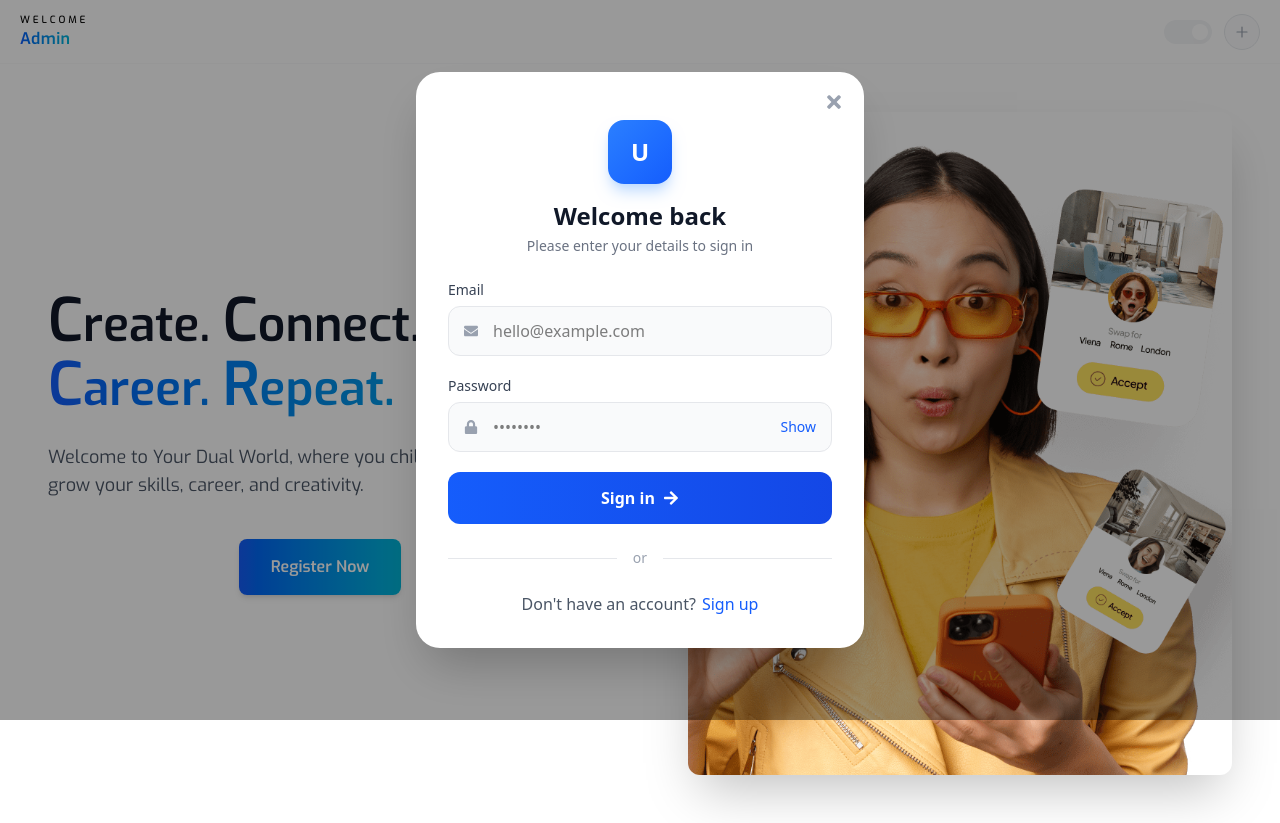
Repository: deepak445566/job
Page: / (app in frontend/), after clicking the first element matching `button.group`
These files come from the project's save history. The page is drawn as it stood at one moment and after a run of saves; the edit follows.
The browser window is 1280 px wide. The pictures show the whole page.
The page's requests for data from a server got no answer. Some web fonts or font styles are not loaded; a fallback is used. The project was rebuilt for these pictures with package versions that can differ from the ones it lists, and the page was loaded fresh each time. Some packages were replaced by stand-ins written for this rebuild. No one was signed in, and anything a server would have sent is missing. Also part of the build but not shown: frontend/vite.config.js, frontend/src/Components/study/StudyDashboard.jsx, frontend/src/Components/chill/ChillDashboard.jsx.

Above is the page before, as saved 2026-02-26 14:32:41.

### frontend/index.html
<!doctype html>
<html lang="en">
  <head>
    <meta charset="UTF-8" />
    <link rel="icon" type="image/svg+xml" href="/vite.svg" />
    <meta name="viewport" content="width=device-width, initial-scale=1.0" />
    <title>frontend</title>
    <link rel="preconnect" href="https://fonts.googleapis.com">
<link rel="preconnect" href="https://fonts.gstatic.com" crossorigin>
<link href="https://fonts.googleapis.com/css2?family=Exo:ital,wght@0,100..900;1,100..900&family=Playfair+Display:ital,wght@0,400..900;1,400..900&display=swap" rel="stylesheet">
  </head>
  <body>
    <div id="root"></div>
    <script type="module" src="/src/main.jsx"></script>
  </body>
</html>

### frontend/src/main.jsx
import { StrictMode } from 'react'
import { createRoot } from 'react-dom/client'
import './index.css'
import App from './App.jsx'
import {BrowserRouter} from 'react-router-dom'
import { AppContextProvider } from './context/AppContextProvider.jsx'




createRoot(document.getElementById('root')).render(
  <BrowserRouter>
  <AppContextProvider>
  <StrictMode>
    <App />
  </StrictMode>
  </AppContextProvider>
  </BrowserRouter>
)

### frontend/src/index.css
@import "tailwindcss";
.exo{
  font-family: "Exo", sans-serif;

  font-style: normal;
}

### frontend/src/App.jsx
import React from "react";
import Login from "./Components/auth/Login";
import { Route, Routes } from "react-router-dom";
import Dashboard from "./Components/Dashboard";
import { useAppContext } from "./context/AppContextProvider";
import Navbar from "./Components/common/Navbar";

function App() {
  const { showLogin } = useAppContext(); // user bhi lein context se

  return (
    <div>
      {/* Navbar hamesha dikhega */}
      <Navbar />

      {/* Login modal - tabhi dikhega jab showLogin true ho */}
      {showLogin && <Login />}

      <Routes>
        <Route path="/" element={<Dashboard />} />
      </Routes>
    </div>
  );
}

export default App;

### frontend/src/context/AppContextProvider.jsx
import { useContext, useEffect, useState } from "react";
import { useNavigate } from "react-router-dom";
import axios from "axios";
import { AppContext } from "./AppContext";
import toast from 'react-hot-toast';

axios.defaults.withCredentials = true;
axios.defaults.baseURL = import.meta.env.VITE_BACKEND_URL;
console.log("Base URL:", import.meta.env.VITE_BACKEND_URL);

export const AppContextProvider = ({ children }) => {
  const navigate = useNavigate();
  const [user, setUser] = useState(null);
  const [mode, setMode] = useState('chill'); // Default 'chill' ya 'study'
  const [showLogin, setShowLogin] = useState(false);
  const [loading, setLoading] = useState(true);

  const fetchUser = async () => {
    try {
      const { data } = await axios.get("/api/auth/isauth");
      if (data.success) {
        setUser(data.user);
        // User login hai toh uski mode fetch karo
        fetchUserMode();
      }
    } catch (error) {
      setUser(null);
    } finally {
      setLoading(false);
    }
  };

  // User ka mode fetch karne ka function
  const fetchUserMode = async () => {
    try {
      const { data } = await axios.get("/api/mode/");
      if (data.success) {
        setMode(data.mode);
      }
    } catch (error) {
      console.log("Error fetching mode:", error);
    }
  };

  // Mode toggle karne ka function
  const toggleMode = async () => {
    if (!user) {
      toast.error("Please login first");
      setShowLogin(true);
      return;
    }

    try {
      const { data } = await axios.put("/api/mode/switch");
      if (data.success) {
        setMode(data.mode);
        toast.success(data.message);
      }
    } catch (error) {
      toast.error(error.response?.data?.message || "Error switching mode");
    }
  };

  useEffect(() => {
    fetchUser();
  }, []);

  return (
    <AppContext.Provider
      value={{
        navigate,
        user,
        setUser,
        axios,
        setShowLogin,
        showLogin,
        mode,
        setMode,
        toggleMode,
        loading
      }}
    >
      {children}
    </AppContext.Provider>
  );
};

export const useAppContext = () => useContext(AppContext);

### frontend/src/Components/auth/Login.jsx
import React from "react";
import toast from "react-hot-toast";
import { useAppContext } from "../../context/AppContextProvider";
import {
  FaEnvelope,
  FaLock,
  FaTimes,
  FaArrowRight,
  FaUser,
} from "react-icons/fa";

function Login() {
  const { setShowLogin, setUser, axios, navigate } = useAppContext();
  const [state, setState] = React.useState("login");
  const [username, setUsername] = React.useState("");
  const [email, setEmail] = React.useState("");
  const [password, setPassword] = React.useState("");
  const [showPassword, setShowPassword] = React.useState(false);
  const [isLoading, setIsLoading] = React.useState(false);

  const onSubmitHandle = async (e) => {
    e.preventDefault();
    setIsLoading(true);

    try {
      let payload = {};

      if (state === "register") {
        payload = { username, email, password };
      } else {
        payload = { email, password };
      }

      const { data } = await axios.post(`/api/auth/${state}`, payload);

      if (data.success) {
        toast.success(
          state === "login"
            ? "Welcome back! 👋"
            : "Account created successfully! 🎉",
        );
        navigate("/");
        setUser(data.user);
        setShowLogin(false);
      } else {
        toast.error(data.message);
      }
    } catch (error) {
      toast.error(error.response?.data?.message || error.message);
    } finally {
      setIsLoading(false);
    }
  };

  return (
    <div
      onClick={() => setShowLogin(false)}
      className="fixed inset-0 z-50 flex items-center justify-center bg-black/40 p-4"
    >
      <div
        onClick={(e) => e.stopPropagation()}
        className="relative w-full max-w-md bg-white rounded-3xl shadow-2xl overflow-hidden animate-slideUp"
      >
        {/* Simple Close Button */}
        <button
          onClick={() => setShowLogin(false)}
          className="absolute top-5 right-5 text-gray-400 hover:text-gray-600 transition-colors z-10"
        >
          <FaTimes size={20} />
        </button>

        {/* Simple Header */}
        <div className="pt-12 pb-6 px-8 text-center">
          <div className="w-16 h-16 bg-gradient-to-br from-blue-500 to-blue-600 rounded-2xl mx-auto mb-4 flex items-center justify-center shadow-lg shadow-blue-200">
            <span className="text-2xl font-bold text-white">U</span>
          </div>
          <h2 className="text-2xl font-semibold text-gray-900">
            {state === "login" ? "Welcome back" : "Create account"}
          </h2>
          <p className="text-gray-500 text-sm mt-1">
            {state === "login"
              ? "Please enter your details to sign in"
              : "Please fill in the details to get started"}
          </p>
        </div>

        {/* Form Section */}
        <div className="px-8 pb-8">
          <form onSubmit={onSubmitHandle} className="space-y-5">
            {state === "register" && (
              <div>
                <label className="block text-sm font-medium text-gray-700 mb-1.5">
                  Full Name
                </label>
                <div className="relative">
                  <FaUser className="absolute left-4 top-1/2 -translate-y-1/2 text-gray-400 text-sm" />
                  <input
                    type="text"
                    value={username}
                    onChange={(e) => setUsername(e.target.value)}
                    placeholder="John Doe"
                    className="w-full pl-11 pr-4 py-3 bg-gray-50 border border-gray-200 rounded-xl focus:bg-white focus:border-blue-500 focus:ring-1 focus:ring-blue-500 outline-none transition-all"
                    required
                  />
                </div>
              </div>
            )}

            <div>
              <label className="block text-sm font-medium text-gray-700 mb-1.5">
                Email
              </label>
              <div className="relative">
                <FaEnvelope className="absolute left-4 top-1/2 -translate-y-1/2 text-gray-400 text-sm" />
                <input
                  type="email"
                  value={email}
                  onChange={(e) => setEmail(e.target.value)}
                  placeholder="hello@example.com"
                  className="w-full pl-11 pr-4 py-3 bg-gray-50 border border-gray-200 rounded-xl focus:bg-white focus:border-blue-500 focus:ring-1 focus:ring-blue-500 outline-none transition-all"
                  required
                />
              </div>
            </div>

            <div>
              <label className="block text-sm font-medium text-gray-700 mb-1.5">
                Password
              </label>
              <div className="relative">
                <FaLock className="absolute left-4 top-1/2 -translate-y-1/2 text-gray-400 text-sm" />
                <input
                  type={showPassword ? "text" : "password"}
                  value={password}
                  onChange={(e) => setPassword(e.target.value)}
                  placeholder="••••••••"
                  className="w-full pl-11 pr-24 py-3 bg-gray-50 border border-gray-200 rounded-xl focus:bg-white focus:border-blue-500 focus:ring-1 focus:ring-blue-500 outline-none transition-all"
                  required
                />
                <button
                  type="button"
                  onClick={() => setShowPassword(!showPassword)}
                  className="absolute right-4 top-1/2 -translate-y-1/2 text-sm font-medium text-blue-600 hover:text-blue-700"
                >
                  {showPassword ? "Hide" : "Show"}
                </button>
              </div>
            </div>



            <button
              type="submit"
              disabled={isLoading}
              className="w-full py-3.5 px-4 bg-gradient-to-r from-blue-600 to-blue-700 hover:from-blue-700 hover:to-blue-800 text-white font-semibold rounded-xl transition-all transform hover:scale-[1.02] focus:ring-2 focus:ring-blue-500 focus:ring-offset-2 disabled:opacity-70 disabled:cursor-not-allowed flex items-center justify-center gap-2 group"
            >
              {isLoading ? (
                <div className="w-5 h-5 border-2 border-white border-t-transparent rounded-full animate-spin" />
              ) : (
                <>
                  <span>{state === "login" ? "Sign in" : "Create account"}</span>
                  <FaArrowRight className="group-hover:translate-x-1 transition-transform" />
                </>
              )}
            </button>

            {/* Divider */}
            <div className="relative my-6">
              <div className="absolute inset-0 flex items-center">
                <div className="w-full border-t border-gray-200"></div>
              </div>
              <div className="relative flex justify-center text-sm">
                <span className="px-4 bg-white text-gray-400">or</span>
              </div>
            </div>

            {/* Toggle between login/register */}
            <div className="text-center">
              <p className="text-gray-600">
                {state === "login" ? "Don't have an account?" : "Already have an account?"}
                <button
                  onClick={() => setState(state === "login" ? "register" : "login")}
                  className="ml-1.5 text-blue-600 hover:text-blue-700 font-medium"
                >
                  {state === "login" ? "Sign up" : "Sign in"}
                </button>
              </p>
            </div>
          </form>
        </div>
      </div>

      <style jsx>{`
        @keyframes slideUp {
          from {
            opacity: 0;
            transform: translateY(20px);
          }
          to {
            opacity: 1;
            transform: translateY(0);
          }
        }
        .animate-slideUp {
          animation: slideUp 0.4s ease-out;
        }
      `}</style>
    </div>
  );
}

export default Login;

### frontend/src/Components/Dashboard.jsx
// components/Dashboard.jsx
import React from 'react';
import { useAppContext } from '../context/AppContextProvider';
import StudyDashboard from './study/StudyDashboard';
import ChillDashboard from './chill/ChillDashboard';

function Dashboard() {
  const { mode, user, setShowLogin, loading } = useAppContext();

  // Loading state
  if (loading) {
    return (
      <div className="min-h-screen flex items-center justify-center">
        <div className="text-center">
          <div className="w-16 h-16 border-4 border-blue-500 border-t-transparent rounded-full animate-spin mx-auto mb-4"></div>
          <p className="text-gray-600">Loading dashboard...</p>
        </div>
      </div>
    );
  }

  // Agar user login nahi hai
  if (!user) {
    return (
     <div className="min-h-screen  flex items-center justify-center  exo">

      <div className=" w-full   rounded-2xl overflow-hidden flex flex-col md:flex-row">

        {/* Left side: Text and button */}
        <div className="w-full md:w-1/2 p-5 sm:p-10 lg:p-12 flex flex-col justify-center space-y-6">
          {/* Heading */}
          <h1 className="text-4xl sm:text-5xl font-semibold text-gray-900 leading-tight">
           <span className='text-6xl'>C</span>reate.  <span className='text-6xl'>C</span>onnect.
            <span className="text-transparent bg-clip-text bg-gradient-to-r from-blue-600 to-cyan-500 block ">
             <span className='text-6xl'>C</span>areer.  <span className='text-6xl exo'>R</span>epeat.
            </span>
          </h1>

          {/* Paragraph */}
          <p className="text-lg text-gray-600 ">
           Welcome to Your Dual World, where you chill, learn, connect, and grow your skills, career, and creativity.
          </p>

          {/* Register Now Button */}
          <div className="pt-4 flex justify-center">
            <button onClick={()=>setShowLogin(true)} className="px-8 py-4 bg-gradient-to-r from-blue-600 to-cyan-500 text-white font-semibold rounded-lg shadow-md hover:shadow-lg transform hover:scale-105 transition-all duration-300 ease-in-out focus:outline-none focus:ring-2 focus:ring-blue-400 focus:ring-offset-2">
              Register Now
            </button>
          </div>


        </div>

        {/* Right side: Image */}
        <div className="w-full md:w-1/2  flex items-center justify-center p-3 sm:p-10 lg:p-12">

          <img
            src="/images/m.png"
            alt="Hero visual representing our platform"
            className="w-full h-auto rounded-xl shadow-2xl object-cover transform hover:scale-105 transition-transform duration-500"
          />
        </div>
      </div>
    </div>
    );
  }

  // Mode ke hisaab se dashboard render karo
  return (
    <div className="transition-all duration-500">
      {mode === 'study' ? <StudyDashboard /> : <ChillDashboard />}
    </div>
  );
}

export default Dashboard;

### frontend/src/Components/common/Navbar.jsx
import React, { useState } from "react";
import { useAppContext } from "../../context/AppContextProvider";
import toast from "react-hot-toast";

function Navbar() {
  const { user, setUser, axios, setShowLogin, navigate, mode, toggleMode } =
    useAppContext();
  const [loggingOut, setLoggingOut] = useState(false);
  const [togglingMode, setTogglingMode] = useState(false);
  const [showProfileMenu, setShowProfileMenu] = useState(false);

  const handleLogout = async () => {
    try {
      setLoggingOut(true);
      const { data } = await axios.post("/api/auth/logout");
      if (data.success) {
        setUser(null);
        setShowLogin(true);
        toast.success("Logged out successfully");
        navigate("/");
      } else {
        toast.error(data.message || "Logout failed");
      }
    } catch (error) {
      toast.error(error.response?.data?.message || "Error logging out");
    } finally {
      setLoggingOut(false);
      setShowProfileMenu(false);
    }
  };

  const handleToggleMode = async () => {
    try {
      setTogglingMode(true);
      await toggleMode();
    } catch (error) {
      console.error("Error toggling mode:", error);
    } finally {
      setTogglingMode(false);
    }
  };

  const handleProfileClick = () => {
    if (user) {
      setShowProfileMenu(!showProfileMenu);
    } else {
      setShowLogin(true);
    }
  };

  // Get first letter of name for avatar
  const getInitial = () => {
    if (user?.username) return user.username[0].toUpperCase();
    if (user?.email) return user.email[0].toUpperCase();
    return 'K';
  };

  return (
    <nav className="bg-white/80 backdrop-blur-xl px-5 py-3 border-b border-gray-100/50 sticky top-0 z-50 exo">
      <div className="flex justify-between items-center max-w-7xl mx-auto">
        {/* Left Side - Minimal Luxury Greeting */}
        <div className="flex items-center gap-4">


          {/* Name with exquisite typography */}
          <div className="flex flex-col">
            <span className="text-[10px] uppercase tracking-[0.3em] text-black font-medium">
              Welcome
            </span>
            <div className="flex items-center gap-2">
              <span className="text-base font-semibold text-transparent bg-clip-text  bg-gradient-to-r from-blue-600 to-cyan-500 tracking-wide">
                {user?.username || user?.email?.split('@')[0] || 'Admin'}
              </span>
              {user && (
                <span className="w-1 h-1 bg-gray-300 rounded-full"></span>
              )}
            </div>
          </div>
        </div>

        {/* Right Side - Ultra Minimal Actions */}
        <div className="flex items-center gap-3">
          {/* Mode Toggle - Refined Switch */}
          <button
            onClick={handleToggleMode}
            disabled={togglingMode || !user}
            className={`relative w-12 h-6 rounded-full transition-all duration-700 ${
              user
                ? mode === 'study'
                  ? 'bg-gray-900'
                  : 'bg-gray-400'
                : 'bg-gray-100 cursor-not-allowed'
            }`}
            title={!user ? "Login to switch mode" : `Switch to ${mode === 'study' ? 'Chill' : 'Study'}`}
          >
            <span
              className={`absolute top-1 left-1 w-4 h-4 bg-white rounded-full shadow-xl transform transition-all duration-500 ease-in-out ${
                mode === 'chill' ? 'translate-x-6' : ''
              }`}
            />
          </button>

          {/* Profile - Museum Quality */}
          <div className="relative">
            <button
              onClick={handleProfileClick}
              className="group relative focus:outline-none"
            >
              {/* Ultra subtle ring */}
              {user && (
                <div className="absolute -inset-0.5 bg-gradient-to-r from-gray-200 to-gray-300 rounded-full opacity-0 group-hover:opacity-100 transition-opacity duration-500 blur-[1px]"></div>
              )}

              {/* Minimal Avatar */}
              <div className={`relative w-9 h-9 rounded-full flex items-center justify-center transition-all duration-300 ${
                user
                  ? 'bg-gray-900 text-white border border-white/20'
                  : 'bg-gray-50 text-gray-400 border border-gray-200'
              }`}>
                {user ? (
                  <span className="text-xs font-light tracking-wider">{getInitial()}</span>
                ) : (
                  <svg width="16" height="16" viewBox="0 0 16 16" fill="none" xmlns="http://www.w3.org/2000/svg">
                    <path d="M8 3V13M3 8H13" stroke="currentColor" strokeWidth="1.2" strokeLinecap="round"/>
                  </svg>
                )}
              </div>
            </button>

            {/* Profile Menu - Minimal Luxury Dropdown */}
            {showProfileMenu && user && (
              <>
                {/* Backdrop */}
                <div
                  className="fixed inset-0 z-40"
                  onClick={() => setShowProfileMenu(false)}
                />

                {/* Menu Card - Like a luxury boutique */}
                <div className="absolute right-0 mt-3 w-56 bg-white/95 backdrop-blur-xl rounded-2xl shadow-[0_20px_40px_-15px_rgba(0,0,0,0.1)] border border-gray-100/80 z-50 overflow-hidden">
                  {/* User Info - Minimal */}
                  <div className="px-5 py-4 border-b border-gray-100/50">
                    <p className="text-xs text-gray-400 uppercase tracking-[0.2em] mb-2 font-light">
                      Account
                    </p>
                    <p className="text-sm font-medium text-gray-900 mb-0.5">
                      {user.username || 'User'}
                    </p>
                    <p className="text-xs text-gray-400 truncate font-light">
                      {user.email || 'user@example.com'}
                    </p>
                  </div>

                  {/* Menu Items - Refined */}
                  <div className="p-2">
                    <button
                      onClick={() => {
                        setShowProfileMenu(false);
                        navigate('/profile');
                      }}
                      className="w-full px-4 py-2.5 text-left hover:bg-gray-50/80 rounded-xl transition-all duration-200 flex items-center gap-3 text-gray-600 group"
                    >
                      <span className="text-sm opacity-50 group-hover:opacity-100 transition-opacity">👤</span>
                      <span className="text-xs font-light tracking-wide">Profile</span>
                    </button>

                    <button
                      onClick={() => {
                        setShowProfileMenu(false);
                        navigate('/settings');
                      }}
                      className="w-full px-4 py-2.5 text-left hover:bg-gray-50/80 rounded-xl transition-all duration-200 flex items-center gap-3 text-gray-600 group"
                    >
                      <span className="text-sm opacity-50 group-hover:opacity-100 transition-opacity">⚙️</span>
                      <span className="text-xs font-light tracking-wide">Settings</span>
                    </button>

                    <div className="h-px bg-gray-100/50 my-2"></div>

                    <button
                      onClick={handleLogout}
                      disabled={loggingOut}
                      className="w-full px-4 py-2.5 text-left hover:bg-red-50/50 rounded-xl transition-all duration-200 flex items-center gap-3 text-red-400 group"
                    >
                      <span className="text-sm opacity-50 group-hover:opacity-100 transition-opacity">🚪</span>
                      <span className="text-xs font-light tracking-wide flex-1">
                        {loggingOut ? "Exiting..." : "Sign out"}
                      </span>
                      {loggingOut && (
                        <span className="w-3 h-3 border border-red-300 border-t-transparent rounded-full animate-spin" />
                      )}
                    </button>
                  </div>
                </div>
              </>
            )}
          </div>
        </div>
      </div>
    </nav>
  );
}

export default Navbar;

Loaded but not shown: frontend/src/context/AppContext.jsx (common file)

After the next 3 saves:
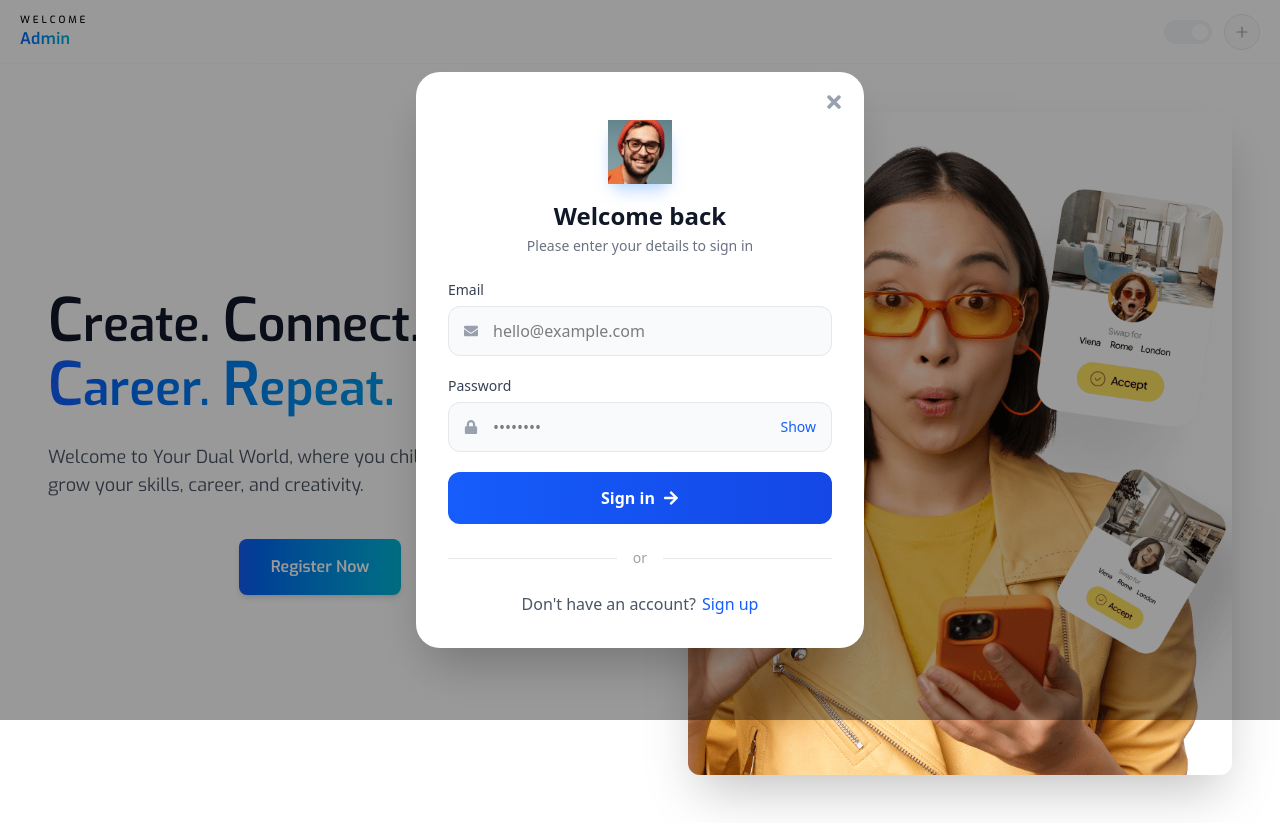
The 3 saves are shown as one change because 1 did not build or start and some came seconds apart.
The last was saved 25 s later.
--- a/frontend/src/Components/auth/Login.jsx
+++ b/frontend/src/Components/auth/Login.jsx
@@ -72,7 +72,7 @@ function Login() {
         {/* Simple Header */}
         <div className="pt-12 pb-6 px-8 text-center">
           <div className="w-16 h-16 bg-gradient-to-br from-blue-500 to-blue-600 rounded-2xl mx-auto mb-4 flex items-center justify-center shadow-lg shadow-blue-200">
-            <span className="text-2xl font-bold text-white">U</span>
+         <img src="/images/log.jpg"/>
           </div>
           <h2 className="text-2xl font-semibold text-gray-900">
             {state === "login" ? "Welcome back" : "Create account"}
